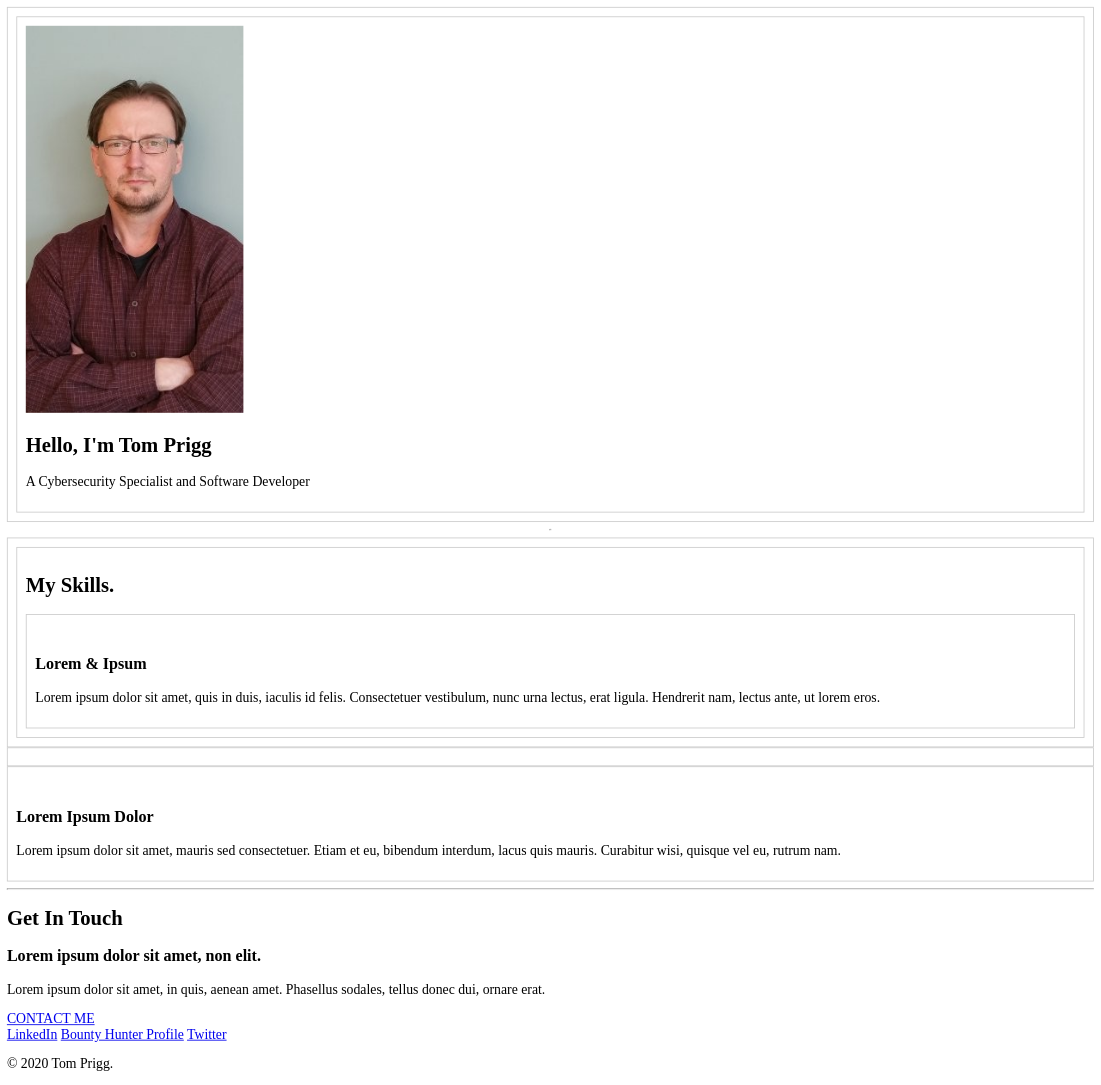
Repository: SHH17HX0r/final-project-10-20
Page: Tom Prigg Dev Portofolio/index2.html
An editor plug-in stored every save of this project. The page is shown before and after the next save, followed by the edit.
The browser window is 1280 px wide. The pictures show the whole page, at 86% of full size.

Above is the page before, as saved 2020-11-17 20:49:11.

### Tom Prigg Dev Portofolio/index2.html
<!DOCTYPE html>
  <head>
    <meta charset="utf-8">
    <link rel="stylesheet" href="./css/styles.css">
    <link rel="icon" href="./images/SpiderHackerIcon.jpg">
    <meta name="viewport" content="width=device-width, initial-scale=1">
    <!-- <iframe src="https://giphy.com/embed/OYzMbsyjN0pa" width="480" height="295" frameBorder="0" class="giphy-embed" allowFullScreen></iframe><p><a href="https://giphy.com/gifs/ryder-winona-equations-OYzMbsyjN0pa">via GIPHY</a></p> -->

    <title>Tom Prigg</title>
    <meta name="Tom Prigg" content="">

  </head>
  <body>
    <div class="container-1">
      <div class="block-1">
      <div class="profile">
        <img src="images\Profile pic.png" alt="Profile-Pic">
        <h2>Hello, I'm Tom Prigg</h2>
        <p>A Cybersecurity Specialist and Software Developer</p>
      </div>
      </div>
      <hr>
      <div class="block-2">
      <div class="skills">
        <h2>My Skills.</h2>
        <div class="skill-row">
          <img class="" src="" alt="">
          <h3>Lorem & Ipsum</h3>
          <p>Lorem ipsum dolor sit amet, quis in duis, iaculis id felis. Consectetuer vestibulum, nunc urna lectus, erat ligula. Hendrerit nam, lectus ante, ut lorem eros.</p>
        </div>
        </div>
        </div>
        <div class="block-3"></div>
        <div class="skill-row">
          <img class="" src="" alt="">
          <h3>Lorem Ipsum Dolor</h3>
          <p>Lorem ipsum dolor sit amet, mauris sed consectetuer. Etiam et eu, bibendum interdum, lacus quis mauris. Curabitur wisi, quisque vel eu, rutrum nam.</p>
        </div>

      </div>
      <hr>
      <div class="contact-me">
        <h2>Get In Touch</h2>
        <h3>Lorem ipsum dolor sit amet, non elit.</h3>
        <p>Lorem ipsum dolor sit amet, in quis, aenean amet. Phasellus sodales, tellus donec dui, ornare erat.</p>
        <a class="btn" href="mailto: Tom.Prigg@gmail.com">CONTACT ME</a>
      </div>
    <script src="" async defer></script>
  </body>
  <footer>
    <div class="bottom-container">
      <a class="footer-link" href="https://www.linkedin.com/in/thomas-prigg-7349265/">LinkedIn</a>
      <a class="footer-link" href="https://hackerone.com/ssh17hx0r">Bounty Hunter Profile</a>
      <a class="footer-link" href="https://twitter.com/SSH17HX0r">Twitter</a>
      <p>© 2020 Tom Prigg.</p>
    </div>
  </footer>
</html>

### Tom Prigg Dev Portofolio/css/styles.css
      .container-1 {
        display: flex;
        /* These will shrink in a certain direction
        align-items: flex-start;
        align-items: flex-end;
        align-items: center;
        */
        /* To change the boxes to a horizontal */
        flex-direction: column;
      }
      .container-1 div {
        border: 1px #ccc solid;
        padding: 10px;
      }
      .box-1 {
        flex: 3;
        order: 1;
      }
      .box-2 {
        flex: 1;
        order: 2;
      }
      .box-3 {
        flex: 1;
        order: 3;
      }

After the next save:
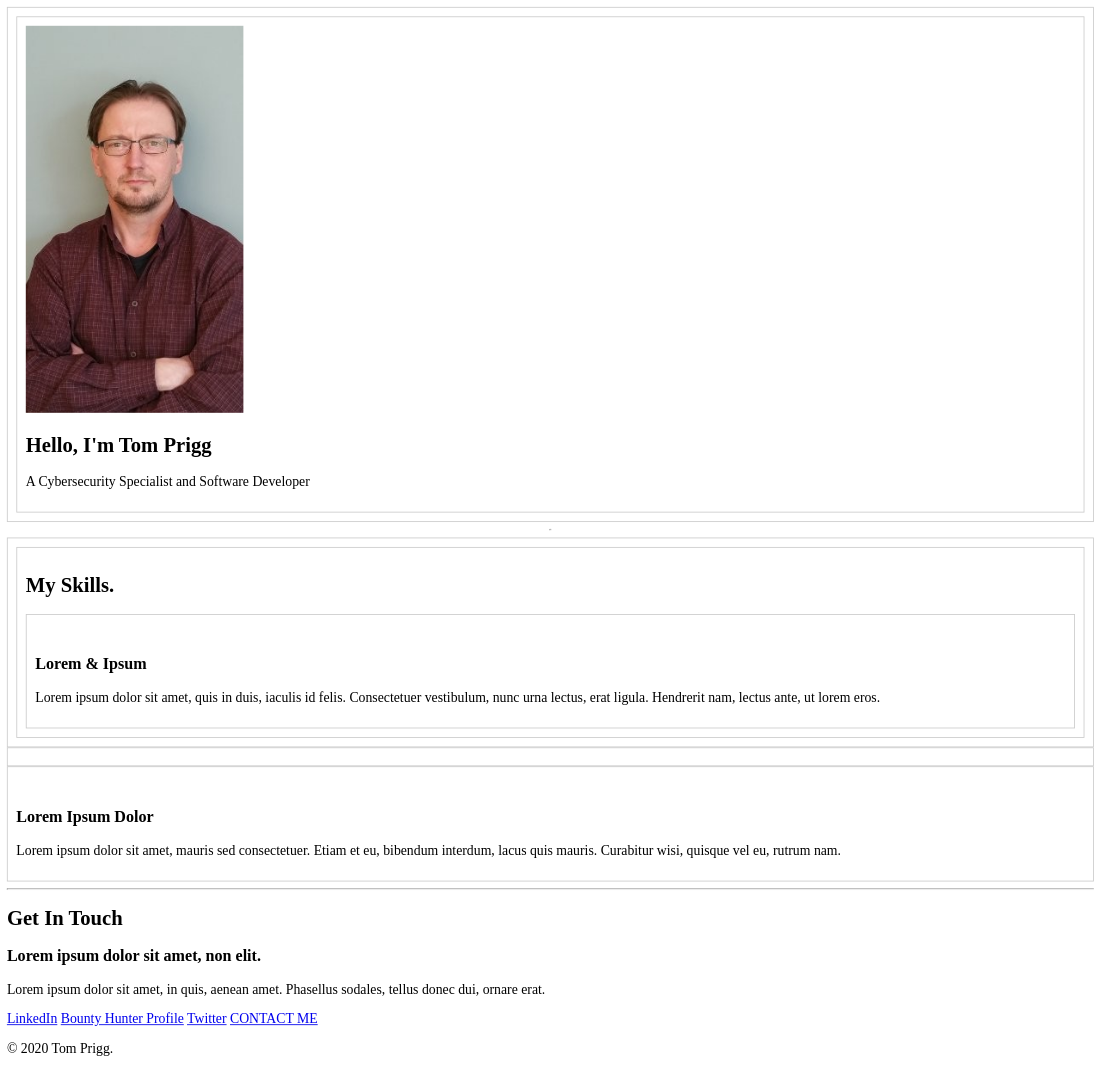
Saved 32 s later.
--- a/Tom Prigg Dev Portofolio/index2.html
+++ b/Tom Prigg Dev Portofolio/index2.html
@@ -19,6 +19,8 @@
         <p>A Cybersecurity Specialist and Software Developer</p>
       </div>
       </div>
+
+
       <hr>
       <div class="block-2">
       <div class="skills">
@@ -43,7 +45,7 @@
         <h2>Get In Touch</h2>
         <h3>Lorem ipsum dolor sit amet, non elit.</h3>
         <p>Lorem ipsum dolor sit amet, in quis, aenean amet. Phasellus sodales, tellus donec dui, ornare erat.</p>
-        <a class="btn" href="mailto: Tom.Prigg@gmail.com">CONTACT ME</a>
+
       </div>
     <script src="" async defer></script>
   </body>
@@ -52,6 +54,7 @@
       <a class="footer-link" href="https://www.linkedin.com/in/thomas-prigg-7349265/">LinkedIn</a>
       <a class="footer-link" href="https://hackerone.com/ssh17hx0r">Bounty Hunter Profile</a>
       <a class="footer-link" href="https://twitter.com/SSH17HX0r">Twitter</a>
+      <a class="btn" href="mailto: Tom.Prigg@gmail.com">CONTACT ME</a>
       <p>© 2020 Tom Prigg.</p>
     </div>
   </footer>
